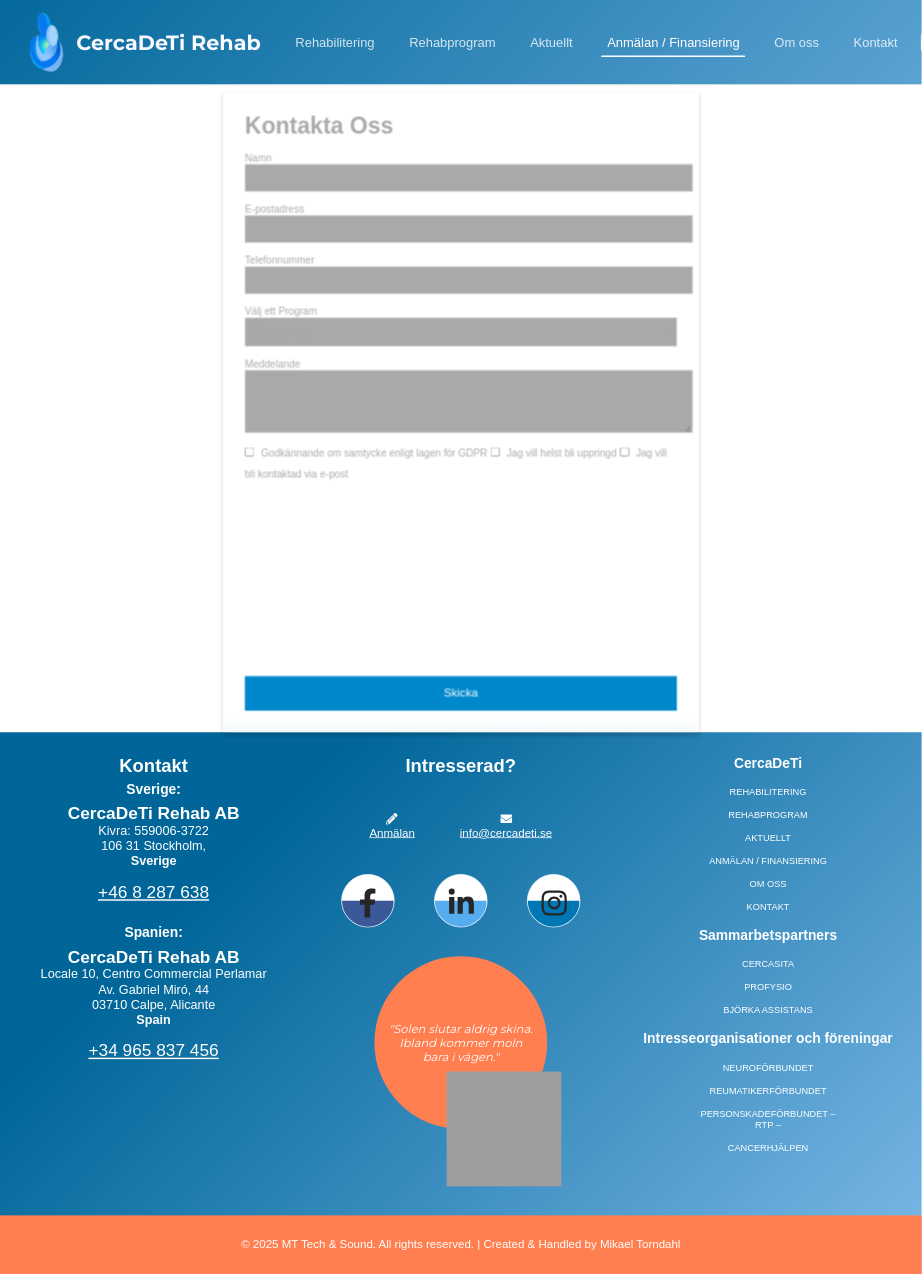
Repository: micketorndahl/CercaDeTi-rehab
Page: anmalan-form.html
These files come from the project's save history. The page is drawn as it stood at one moment and after the next save; the edit follows.
The browser window is 1280 px wide. The pictures show the whole page, at 72% of full size.
Pictures or frames that could not be fetched are drawn as grey boxes. The page's requests for data from a server got no answer. Some web fonts or font styles are not loaded; a fallback is used. Some web libraries are served in a nearby version.

Above is the page before, as saved 2025-02-01 18:32:06.
Console error: TypeError: Cannot read properties of null (reading 'addEventListener')

After the next save:
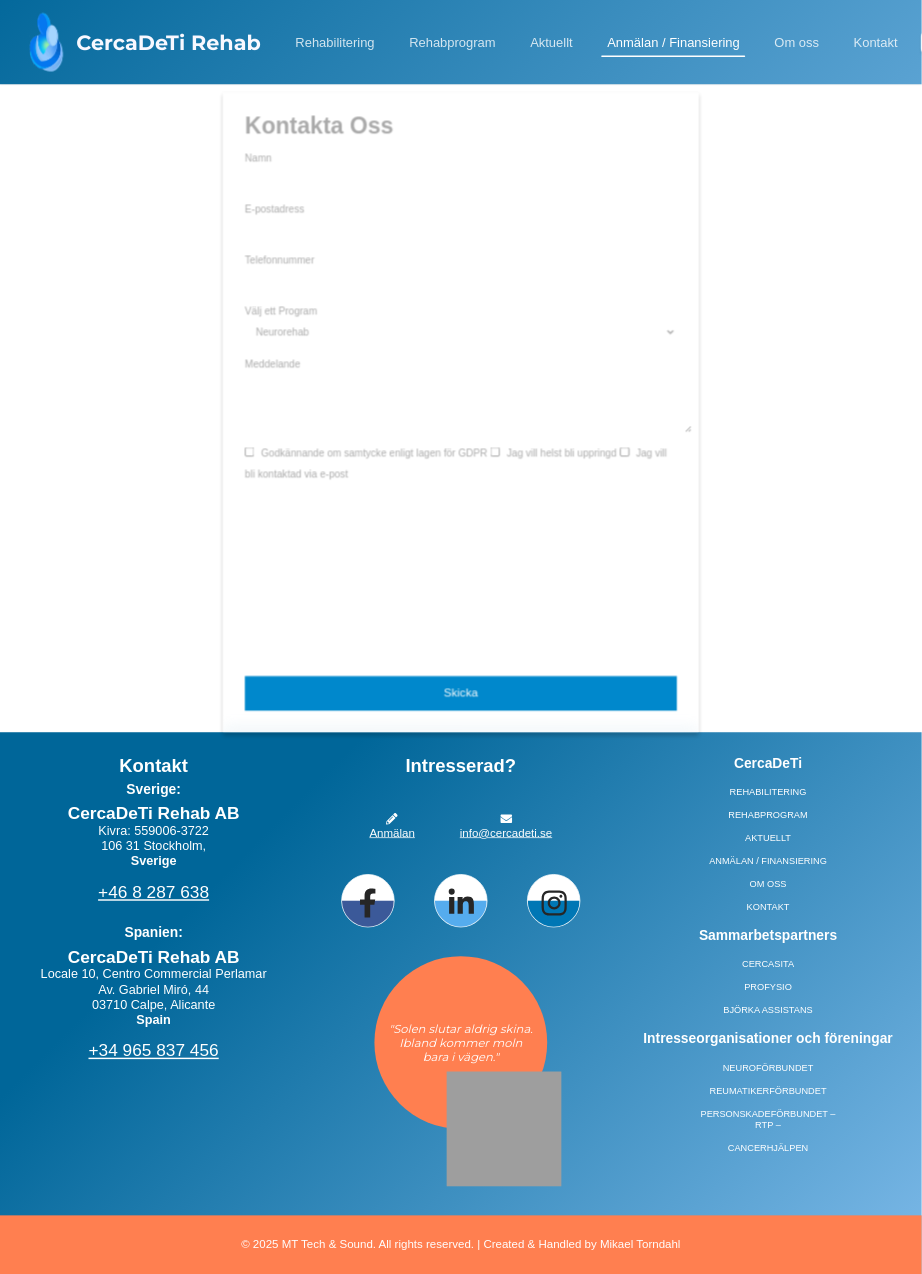
Saved 11 s later.
--- a/css/layout.css
+++ b/css/layout.css
@@ -320,7 +320,7 @@
   margin-bottom: 15px;
   border: 1px solid rgba(255, 255, 255, 0.3);
   border-radius: var(--border-radius);
-  background: var(--darkgray);
+  background: var(--ghostwhite);
   color: var(--darkgray);
   font-size: 14px;
   outline: none;
